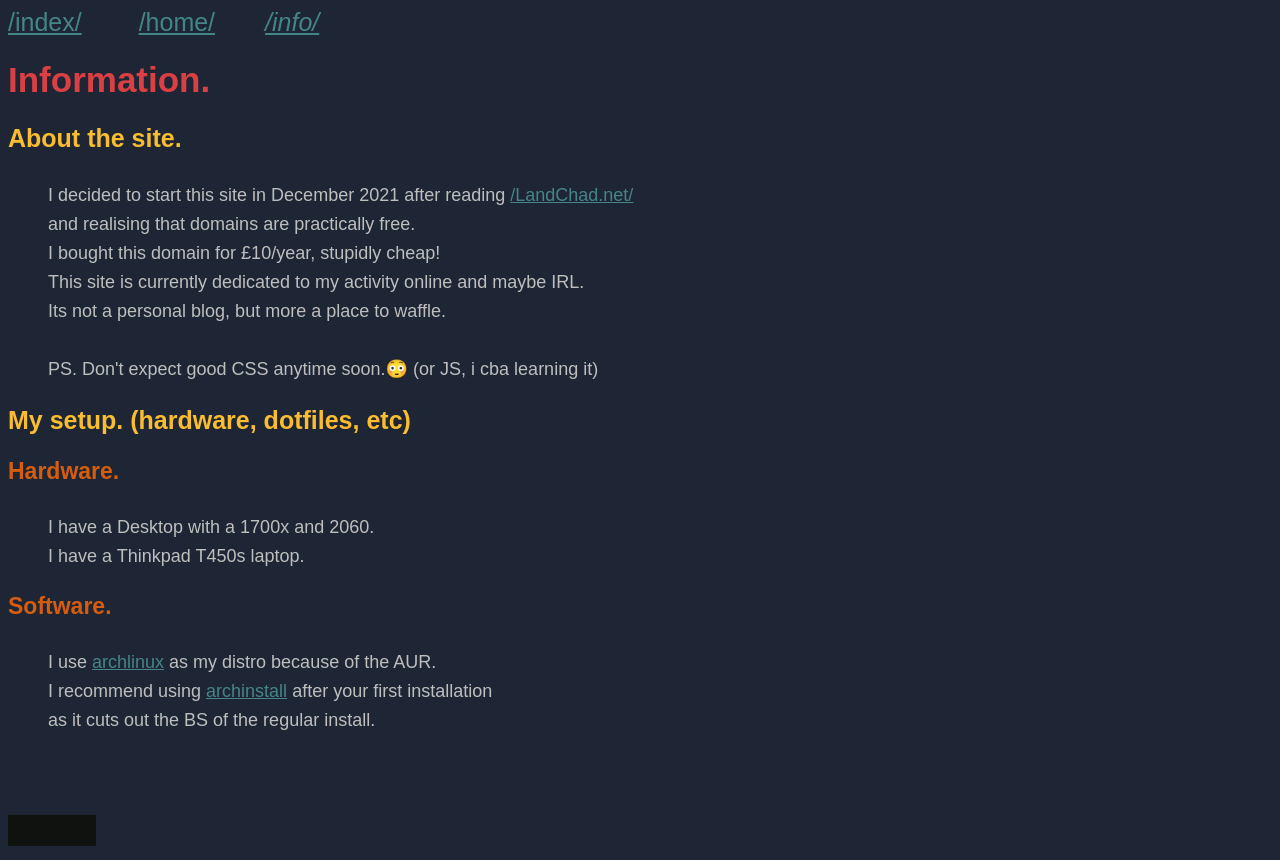
Repository: KieranCrossland/kierancrosslandxyz
Page: info.html
An editor plug-in stored every save of this project. The page is shown before and after the next save, followed by the edit.
The browser window is 1280 px wide. The pictures show the whole page.

Above is the page before, as saved 2022-06-19 02:00:06.

After the next save:
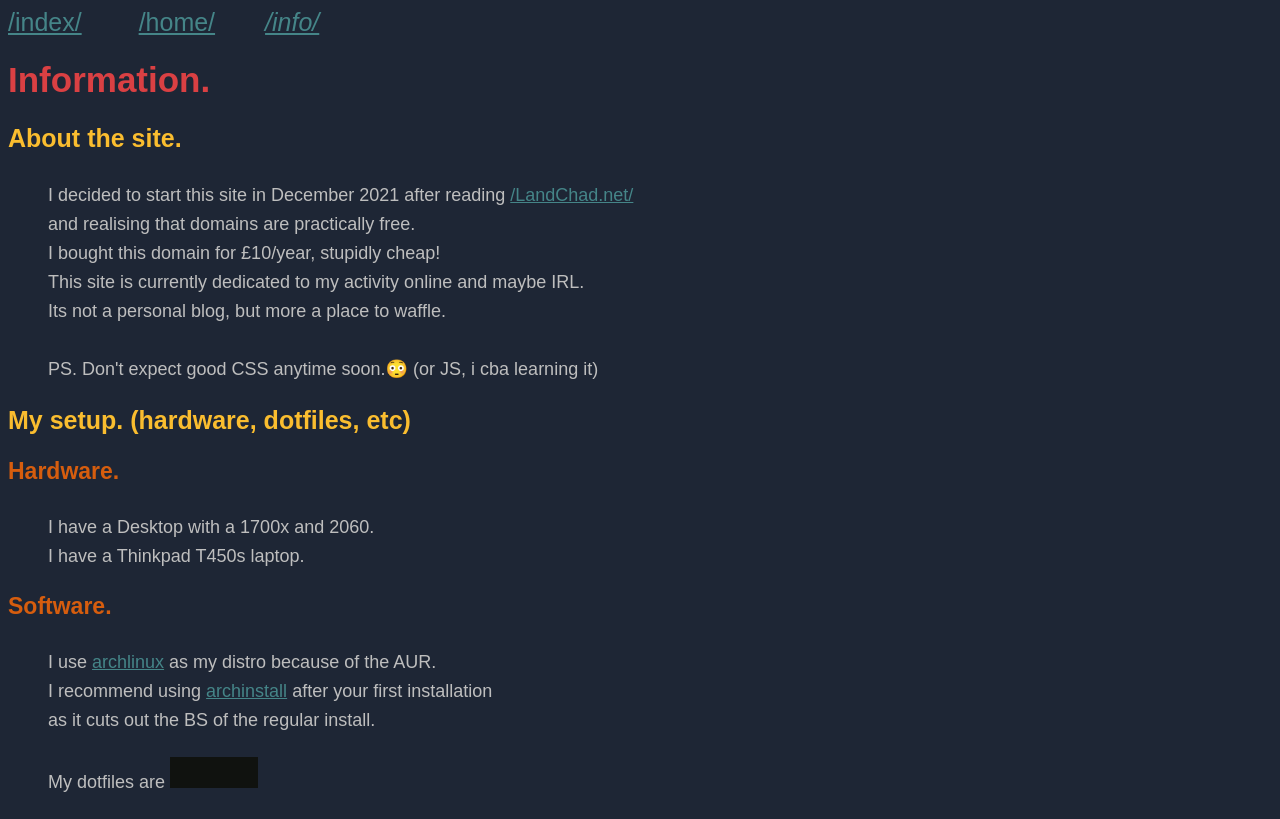
Saved 4 min 52 s later.
--- a/info.html
+++ b/info.html
@@ -87,7 +87,7 @@ h3 {
 <h3>Software.</h3>
 <ul><p1>I use <a href="https://archlinux.org/" target="_blank">archlinux</a> as my distro because of the AUR.<br>
   I recommend using <a href="https://wiki.archlinux.org/title/Archinstall" target="_blank">archinstall</a> after your first installation<br>as it cuts out the BS of the regular install. </p1></ul>
-
+<ul><p1>My dotfiles are <a href="https://github.com/kierancrossland
 <br><br><a href="https://landchad.net" target="_blank">
  <img src="img/landchad.gif" width="88px" height="31px" alt=""/>
 
